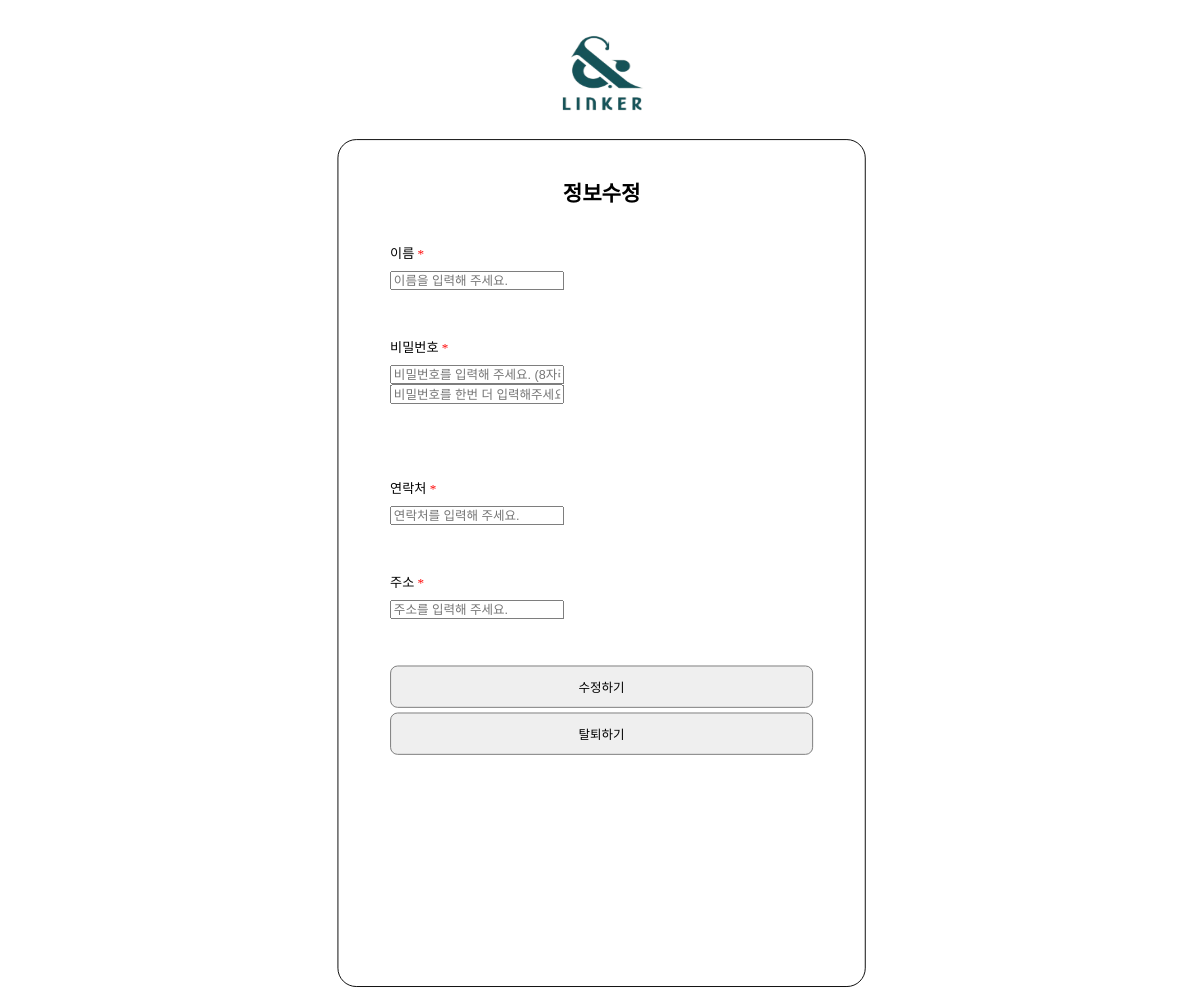
Repository: soomseting/let_me_go
Page: http://localhost/LINKER_re/jsp/main/user_update.jsp
An editor plug-in stored every save of this project. The page is shown before and after the next save, followed by the edit.
The browser window is 1280 px wide. The pictures show the whole page, at 94% of full size.
The page is served by Tomcat 9. Other server files are loaded and not shown.

Above is the page before, as saved 2025-03-24 05:55:50.
Console error: TypeError: Cannot set properties of null (setting 'onclick')

### LINKER_re/src/main/webapp/jsp/main/user_update.jsp
<%@ page language="java" contentType="text/html; charset=UTF-8"
    pageEncoding="UTF-8"%>
<!DOCTYPE html>
<html lang="en">

<head>
    <meta charset="UTF-8">
    <meta name="viewport" content="width=device-width, initial-scale=1.0">
    <title>Document</title>
    <link rel="stylesheet" href="../../css/sign_up.css">
    <script src="https://ajax.googleapis.com/ajax/libs/jquery/3.3.1/jquery.min.js"></script>
    <script src="../../js/jquery-3.7.1.js"></script>
    <script src="../../js/script.js"></script>
</head>

<body>
    <section>
        <div class="sign_up_logo">
            <img src="../../img/logo.png" alt="logo">
        </div>
        <div class="sign_up_content">
            <div class="su_title">
                <h1>정보수정</h1>
            </div>
            <form action="/LINKER/jsp/main/update.jsp.users">
            <div class="su_con_wrap">
                <div class="su_con_box">
                    <div class="su_ct">이름<span> *</span></div>
                    <div class="su_input"><input type="text" name="user_name" placeholder="이름을 입력해 주세요."></div>
                </div>
                <div class="su_con_box">
                    <div class="su_ct">비밀번호<span> *</span></div>
                    <div class="su_input"><input type="password" name="password" placeholder="비밀번호를 입력해 주세요. (8자리 이상)"></div>
                    <div class="su_input"><input type="password" placeholder="비밀번호를 한번 더 입력해주세요."></div>
                </div>
                <div class="su_con_box su_con_one">
                    <div class="su_ct">연락처<span> *</span></div>
                    <div class="su_input"><input type="text" name="phone" placeholder="연락처를 입력해 주세요."></div>
                </div>
                <div class="su_con_box su_con_thr">
                    <div class="su_ct">주소<span> *</span></div>
                    <div class="su_input"><input type="text" name="user_address" placeholder="주소를 입력해 주세요."></div>
                </div>
                <div class="su_con_box su_con_for">
                    <div class="su_input sui1"><button class="sui1_btn" type="submit" name="action" value="update">수정하기</button></div>
                    <div class="su_input sui2"><button class="sui2_btn" type="submit" name="action" value="delete">탈퇴하기</button></div>
                </div>
            </div>
            </form>
        </div>
    </section>
</body>

</html>

### LINKER_re/src/main/webapp/css/sign_up.css
/*sign_up*/
.sign_up_logo{width: 250px;height: 140px;margin: 0 auto;}
.sign_up_logo img{width: 250px;height: 140px;}

.sign_up_content{width: 560px;height: 900px;border: 1px solid black; margin: 0 auto; border-radius: 20px;}

.su_title{font-weight: bold;font-family: Arial, Helvetica, sans-serif; padding: 20px 50px;text-align: center; font-size: 15px;}

.su_con_wrap{width: 560px;height: 800px;}
.su_con_box{width: 450px;height: 100px;margin: 0 auto;}
.su_ct{font-size: 14px; margin-bottom: 10px;}
.su_ct span{color: red;}
.su_input button{width: 450px;height: 45px; border-radius: 8px; border: 1px solid #777;margin-bottom: 5px;}
/*.su_input input[placeholder]{padding: 0 10px;}  */
.su_con_one{margin-top: 50px;}
/* .su_con_for{margin-top: 15px;} */
.su_con_for input{width: 475px;height: 50px; margin-top: 10px; background: #165358; color: #fff;font-size: 15px;transition: 0.3s;border: none;}
.su_con_for>.sui1:hover .sui1_btn{background: #518682; transition: 0.3s;border: none;cursor: pointer;}
.su_con_for>.sui2:hover .sui2_btn{background: #518682; transition: 0.3s;border: none;cursor: pointer;}

#sign_up_agree{font-size: 10px;margin-bottom: 10px;color: rgb(154, 155, 167);}

.su_flex{display: flex; align-items: center;}
.su_flex input{width: 20px;height: 20px;}

### LINKER_re/src/main/webapp/js/script.js
$(document).ready(function () {

        //main_img_slide
        var img= $("#slide div");
        var cnt=0;
        var max=img.length-1;
        setInterval(next ,3000);

        function next(){
            if(img.is(":animated")) return false;
            $(img[cnt]).animate({"left":"-100%"}).siblings().css({"left":"100%"});
            cnt++;
            if(cnt>max) cnt=0;
            $(img[cnt]).animate({"left":0});
            }

        //sign_in_popup
        function open(){
            $('#pop').css({"display":"block"});

            $('#semi_wrap').css({"position":"sticky"});
            $('section').css({"margin-top":"0"});
        }
        $(".sign_in").on("click",open);
        function close(){
            $('#pop').css({"display":"none"});
            $('#semi_wrap').css({"position":"fixed"});
            $('section').css({"margin-top":"101px"});
        }
        $("#close").on("click",close);

        $('input[type="checkbox"][name="user_category"]').click(function(){

            if($(this).prop('checked')){
               $('input[type="checkbox"][name="user_category"]').prop('checked',false);
               $(this).prop('checked',true);
              }
        });

        /*product_detail*/
        var detail_main = document.querySelector(".detail_main img");
        var detail_sub = document.querySelector(".detail_sub");

        // var ping = document.querySelectorAll(".de_sub img");

        detail_sub.onclick = function(e){
            // console.log(event.target);
            if(e.target.getName == "DIV"){
                return;
            }
            detail_main.src = e.target.src;
        }
        // ping.onclick = function(){
        //     if(ping.classList.contains("pr_ping")){
        //         ping.style.width = "50px";
        //         ping.style.height = "50px";
        //         ping.style.border = "5px solid black";
        //     }else{
        //         ping.style.width = "50px";
        //         ping.style.height = "50px";
        //         ping.style.border = "none";
        //     }
        //     ping.classList.toggle("pr_ping");
        // }
});

Loaded but not shown: LINKER_re/src/main/webapp/js/jquery-3.7.1.js (library)

After the next save:
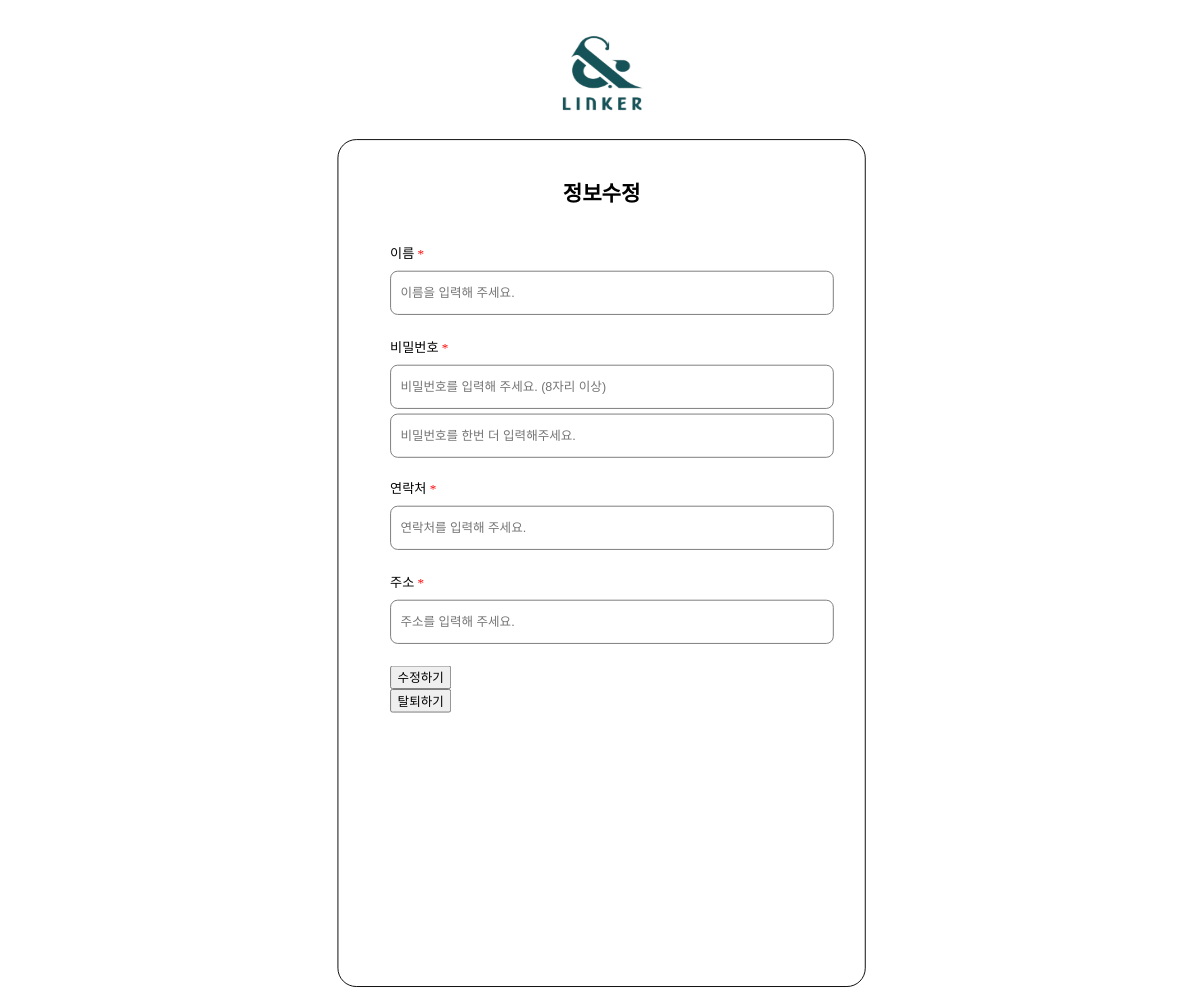
Saved 19 s later.
--- a/LINKER_re/src/main/webapp/css/sign_up.css
+++ b/LINKER_re/src/main/webapp/css/sign_up.css
@@ -10,13 +10,13 @@
 .su_con_box{width: 450px;height: 100px;margin: 0 auto;}
 .su_ct{font-size: 14px; margin-bottom: 10px;}
 .su_ct span{color: red;}
-.su_input button{width: 450px;height: 45px; border-radius: 8px; border: 1px solid #777;margin-bottom: 5px;}
-/*.su_input input[placeholder]{padding: 0 10px;}  */
+.su_input input{width: 450px;height: 45px; border-radius: 8px; border: 1px solid #777;margin-bottom: 5px;}
+.su_input input[placeholder]{padding: 0 10px;}
 .su_con_one{margin-top: 50px;}
 /* .su_con_for{margin-top: 15px;} */
 .su_con_for input{width: 475px;height: 50px; margin-top: 10px; background: #165358; color: #fff;font-size: 15px;transition: 0.3s;border: none;}
-.su_con_for>.sui1:hover .sui1_btn{background: #518682; transition: 0.3s;border: none;cursor: pointer;}
-.su_con_for>.sui2:hover .sui2_btn{background: #518682; transition: 0.3s;border: none;cursor: pointer;}
+.su_con_for>.sui1:hover input{background: #518682; transition: 0.3s;border: none;cursor: pointer;}
+.su_con_for>.sui2:hover input{background: #518682; transition: 0.3s;border: none;cursor: pointer;}
 
 #sign_up_agree{font-size: 10px;margin-bottom: 10px;color: rgb(154, 155, 167);}
 
